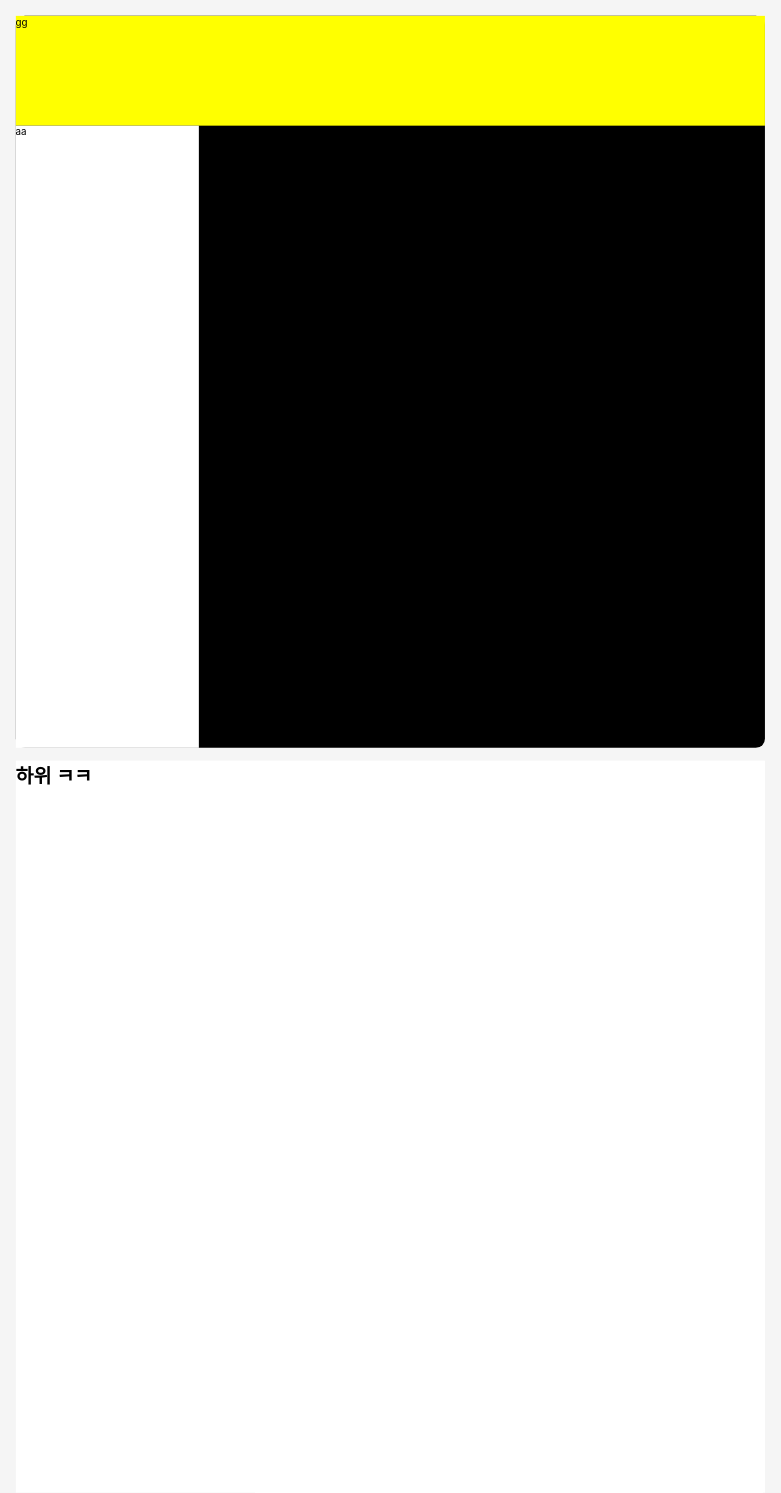
Repository: yangddoddi/community_react
Page: /
An editor plug-in stored every save of this project. The page is shown before and after the next save, followed by the edit.
The browser window is 1280 px wide. The pictures show the whole page, at 61% of full size.
The page's requests for data from a server got no answer. The project was rebuilt for these pictures with package versions that can differ from the ones it lists, and the page was loaded fresh each time. No one was signed in, and anything a server would have sent is missing.

Above is the page before, as saved 2022-08-17 00:02:13.

### src/App.js
import React, { useState, useEffect } from "react";
import { BrowserRouter, Routes, Route } from "react-router-dom";
import { Posts } from "./pages/Posts";
import { Sidebar } from "./components/Sidebar";
import { Header } from "./components/Header";
import "./App.scss";

function App() {
  return (
    <BrowserRouter>
      <div className="container">
        <Header />
        <Sidebar />
        <Routes>
          <Route path="/" element={<Posts />} />
        </Routes>
      </div>
    </BrowserRouter>
  );
}

export default App;

### src/pages/Posts.js
import React, { useEffect, useState } from "react";
import { testAxios } from "../config/testAxios";
import styles from "./Posts.module.scss";
import axios from "axios";

export const Posts = () => {
  const [test, setTest] = useState("");
  const apiTest = (d) => {
    setTest(d);
  };

  useEffect(() => {
    testAxios("test", apiTest);
  });

  return (
    <div className={styles.article}>
      <h1> 하위 ㅋㅋ </h1>
      <h2> {test} </h2>
    </div>
  );
};

### src/components/Sidebar.js
import styles from "./Sidebar.module.scss";

export const Sidebar = () => {
  return (
    <nav className={styles.sidebar}>
      <div>aa</div>
    </nav>
  );
};

### src/components/Header.js
import styles from "./Header.module.scss";

export const Header = () => {
  return (
    <header className={styles.header}>
      <div>gg</div>
    </header>
  );
};

### src/App.scss

html,body, #root {
    height: 100%;
}

#root {
    display: flex;
    justify-content: center;
    padding: 2%;
}

body {
    padding: auto;
    background-color: whitesmoke;
    width: 100%;
    height: 100%;
}

.container {
    display: flex;
    border-radius: 15px;
    background-color: black;
    width: 1800px;
    height: 1200px;
    display: block;
}

### src/config/testAxios.js
import axios from "axios";

export const testAxios = (url, findIp) => {
  axios({
    url: "/" + url,
    method: "post",
    baseURL: "http://localhost:8080",
    withCredentials: true,
  }).then((res) => {
    findIp(res.data);
  });
};

### src/pages/Posts.module.scss

.article {
    width: 100%;
    height: 100%;
    background-color: white;
}

### src/components/sidebar.module.scss

.sidebar {
    background-color: white;
    height: 85%;
    width: 300px;
}

### src/components/header.module.scss


.header {
    width: 100%;
    height: 15%;
    background-color: yellow;
}

Loaded but not shown: public/index.html (common file); src/index.js (common file); src/index.css (common file); src/reportWebVitals.js (common file)

After the next save:
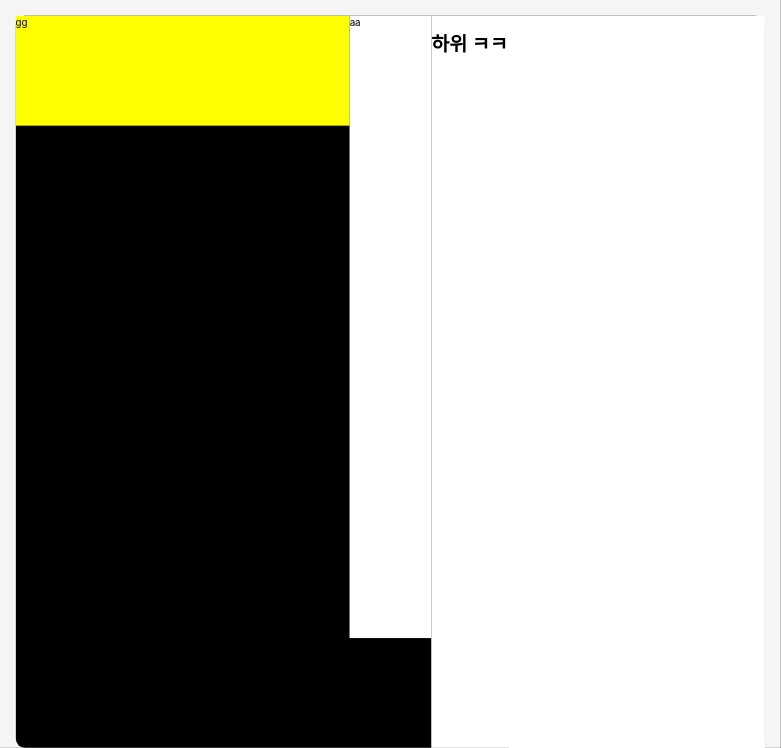
Saved 69 s later.
--- a/src/App.scss
+++ b/src/App.scss
@@ -22,5 +22,5 @@ body {
     background-color: black;
     width: 1800px;
     height: 1200px;
-    display: block;
+
 }
